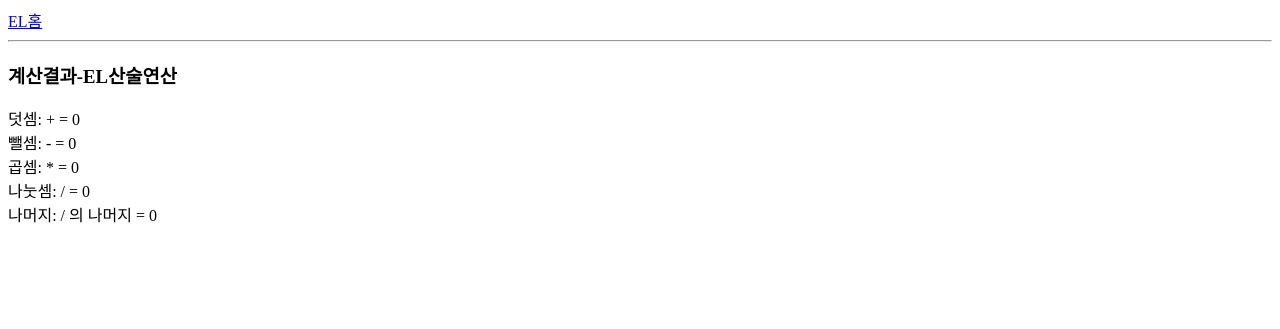
Repository: linklifejo/study_web
Page: http://localhost/servlet02/el/calculator_result.jsp
An editor plug-in stored every save of this project. The page is shown before and after the next save, followed by the edit.
The browser window is 1280 px wide. The pictures show the whole page.
The page is served by Tomcat 9. Other server files are loaded and not shown.

Above is the page before, as saved 2023-02-07 01:58:37.

### servlet02/src/main/webapp/el/calculator_result.jsp
<%@ page language="java" contentType="text/html; charset=UTF-8"
    pageEncoding="UTF-8"%>
<!DOCTYPE html>
<html>
<head>
<meta charset="UTF-8">
<title>Insert title here</title>
</head>
<body>
<a href='index.jsp'>EL홈</a>
<hr>
<h3>계산결과-EL산술연산</h3>
<div>덧셈: ${param.no1} + ${param.no2} = ${param.no1 + param.no2}</div>
<div>뺄셈: ${param.no1} - ${param.no2} = ${param.no1 - param.no2}</div>
<div>곱셈: ${param.no1} * ${param.no2} = ${param.no1 * param.no2}</div>
<div>나눗셈: ${param.no1} / ${param.no2} =
			${param.no2==0 ? 0 : param.no1 div param.no2}</div>
<div>나머지: ${param.no1} / ${param.no2}의 나머지 =
			${param.no2==0 ? param.no1 : param.no1 mod param.no2}</div>

</body>
</html>

After the next save:
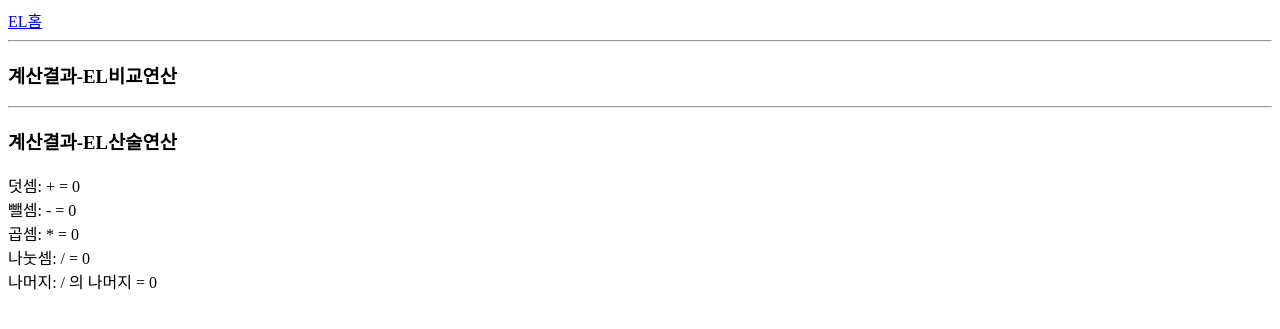
Saved 60 s later.
--- a/servlet02/src/main/webapp/el/calculator_result.jsp
+++ b/servlet02/src/main/webapp/el/calculator_result.jsp
@@ -8,6 +8,9 @@
 </head>
 <body>
 <a href='index.jsp'>EL홈</a>
+<hr>
+<h3>계산결과-EL비교연산</h3>
+
 <hr>
 <h3>계산결과-EL산술연산</h3>
 <div>덧셈: ${param.no1} + ${param.no2} = ${param.no1 + param.no2}</div>
